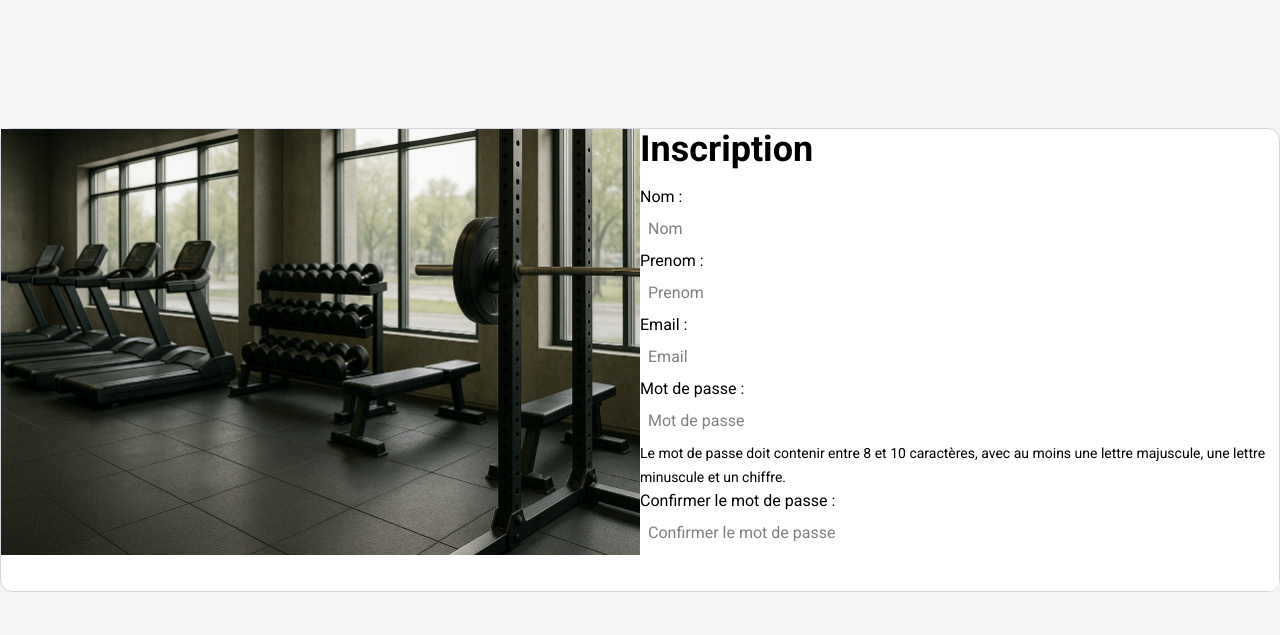
Repository: fahchouchsm/clubSportifWeb
Page: src/pages/inscription.html
An editor plug-in stored every save of this project. The page is shown before and after the next save, followed by the edit.
The browser window is 1280 px wide. The pictures show the whole page.

Above is the page before, as saved 2025-04-16 19:54:12.

After the next save:
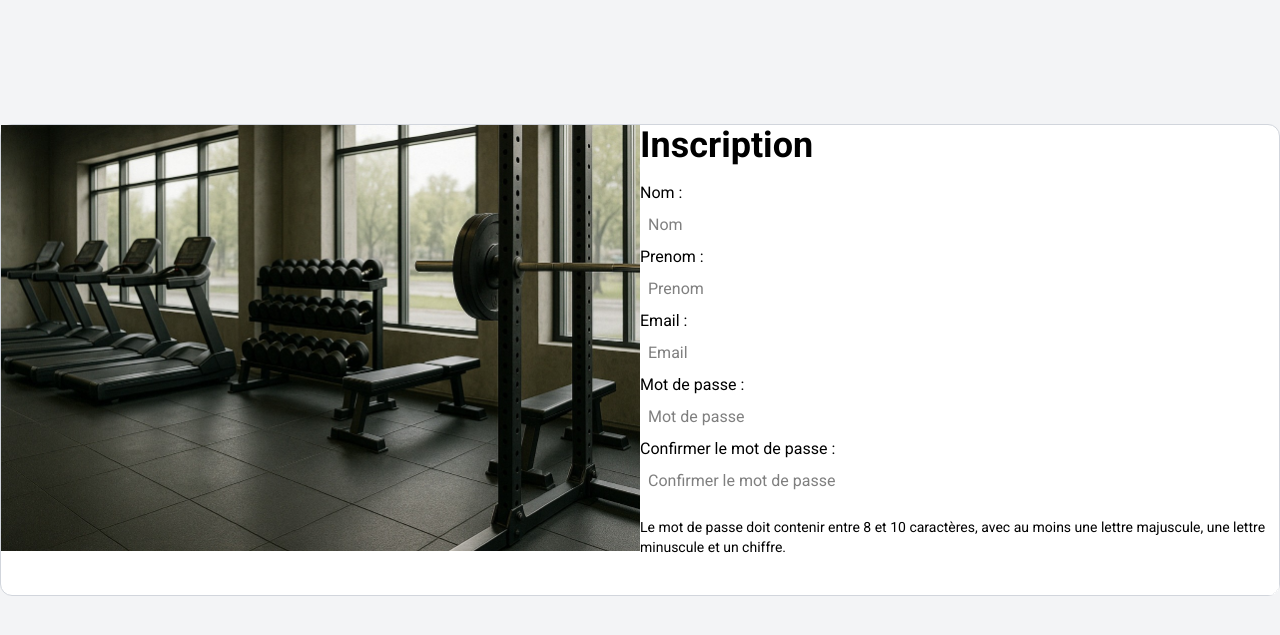
Saved 15 s later.
--- a/src/pages/inscription.html
+++ b/src/pages/inscription.html
@@ -79,10 +79,6 @@
                 pattern="^(?=.*[a-z])(?=.*[A-Z])(?=.*\d)[a-zA-Z\d]{8,10}$"
                 required
               />
-              <span class="text-sm text-gray-500">
-                Le mot de passe doit contenir entre 8 et 10 caractères, avec au
-                moins une lettre majuscule, une lettre minuscule et un chiffre.
-              </span>
             </div>
             <!-- confPass -->
             <div class="">
@@ -97,6 +93,10 @@
               />
             </div>
           </div>
+          <span class="text-sm text-gray-500">
+            Le mot de passe doit contenir entre 8 et 10 caractères, avec au
+            moins une lettre majuscule, une lettre minuscule et un chiffre.
+          </span>
           <button type="submit" class="ml-auto bg-gray-500 text-white">
             S'inscrire
           </button>
